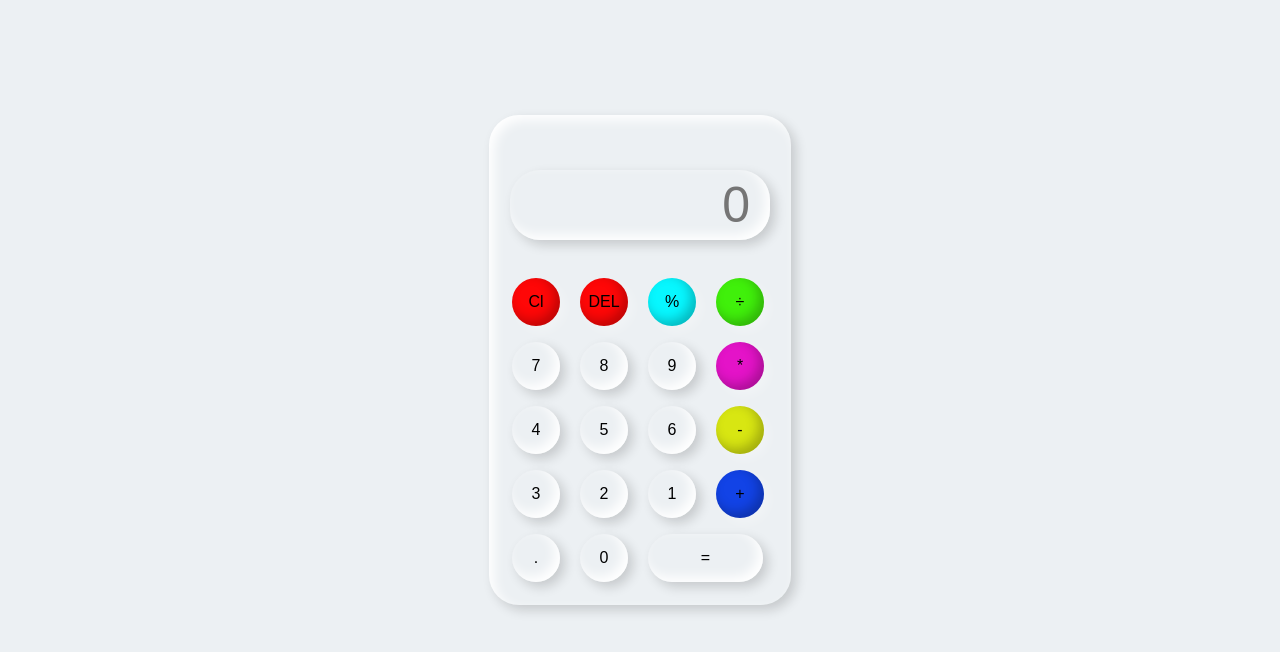
Repository: Mayur2905/OIBSIP
Page: Task-3/index.html
An editor plug-in stored every save of this project. The page is shown before and after the next save, followed by the edit.
The browser window is 1280 px wide. The pictures show the whole page.

Above is the page before, as saved 2022-02-02 15:50:43.

After the next save:
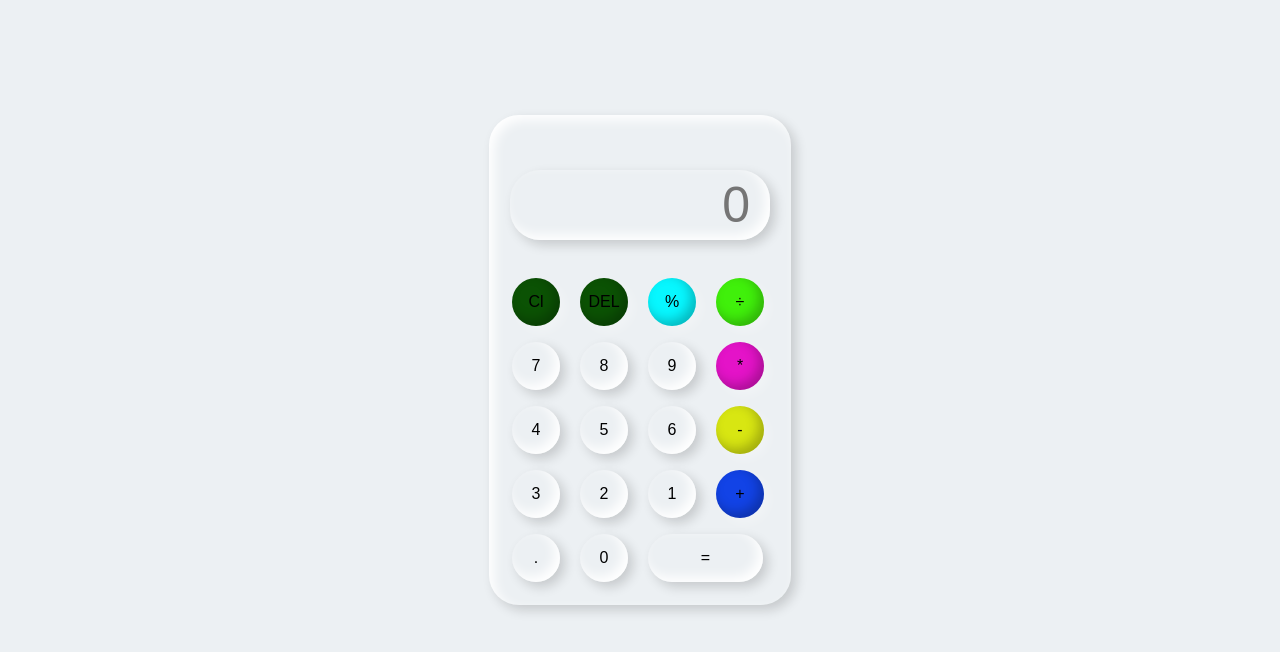
Saved 83 s later.
--- a/Task-3/style.css
+++ b/Task-3/style.css
@@ -87,3 +87,9 @@ button {
   box-shadow: inset -5px -5px 12px rgba(0, 0, 0, 0.25),
     5px 5px 12px rgba(255, 255, 255, 0.3);
 }
+
+.red {
+  background-color: #0b5204;
+  box-shadow: inset -5px -5px 12px rgba(0, 0, 0, 0.25),
+    5px 5px 12px rgba(255, 255, 255, 0.3);
+}

After the save that followed:
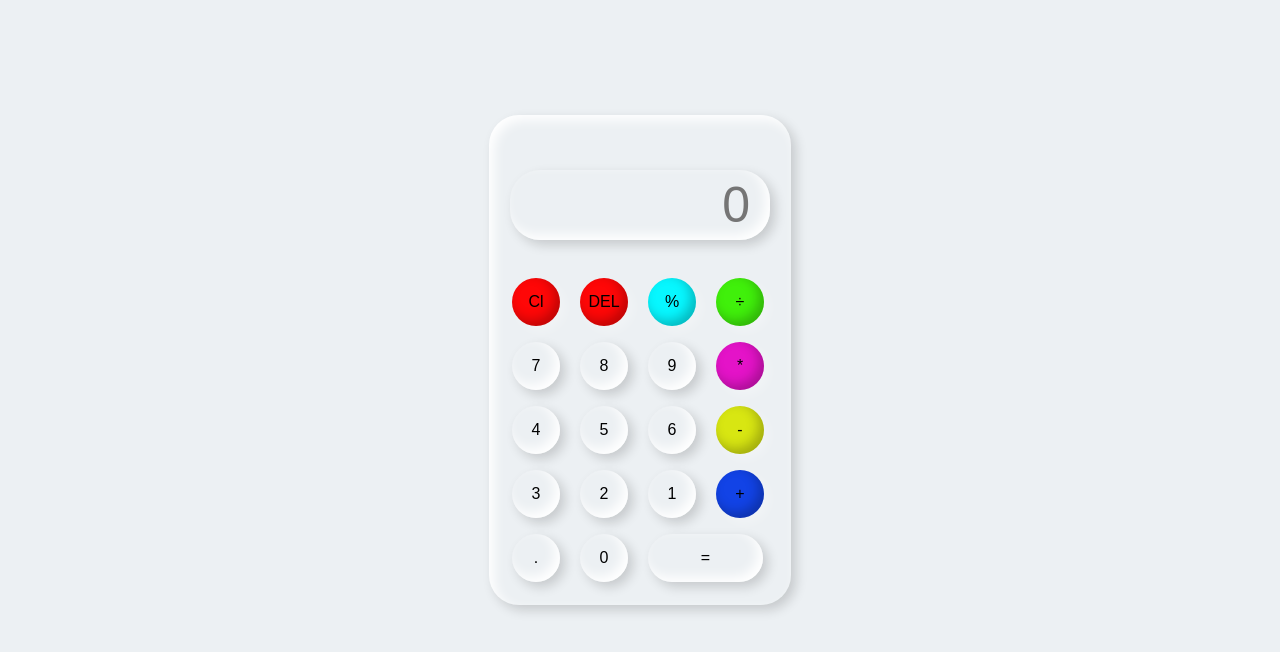
Saved 37 s later.
--- a/Task-3/style.css
+++ b/Task-3/style.css
@@ -88,7 +88,7 @@ button {
     5px 5px 12px rgba(255, 255, 255, 0.3);
 }
 
-.red {
+.equ {
   background-color: #0b5204;
   box-shadow: inset -5px -5px 12px rgba(0, 0, 0, 0.25),
     5px 5px 12px rgba(255, 255, 255, 0.3);
